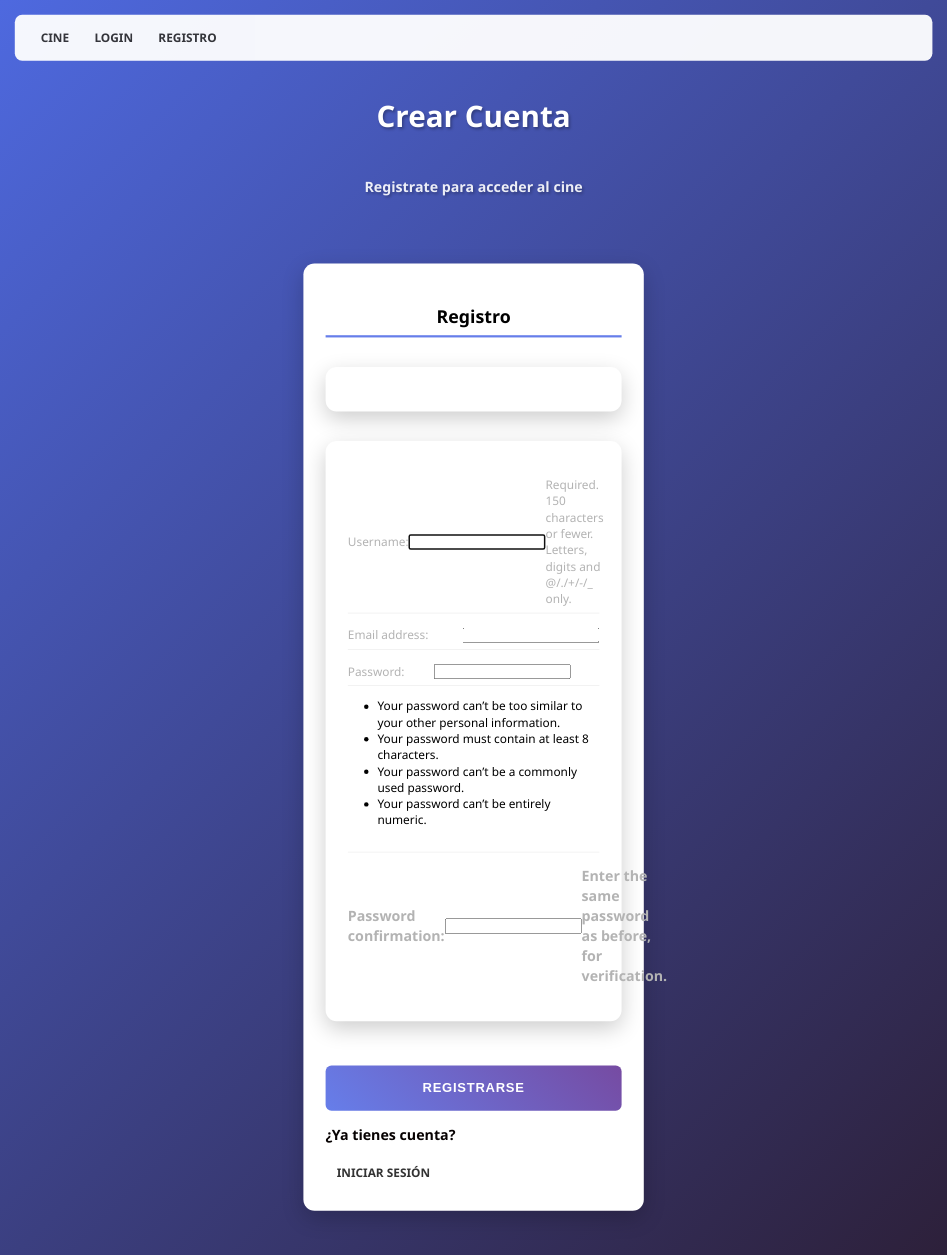
Repository: RoyScc/Practico-Django
Page: http://localhost/register/
An editor plug-in stored every save of this project. The page is shown before and after the next save, followed by the edit.
The browser window is 1280 px wide. The pictures show the whole page, at 74% of full size.
The page is served by the project's application, run on Django 5.2 (manage.py). Other server files are loaded and not shown.

Above is the page before, as saved 2026-05-27 09:04:06.

### tickets/templates/tickets/register.html
{% extends 'tickets/base.html' %}

{% block title %} Registro {% endblock %}

{% block body %}

<h1>Crear Cuenta</h1>
<h4>Registrate para acceder al cine</h4>

<div class="login-container">

    <h3 class="h3">Registro</h3>

    <form method="POST">
        <div class="login-container">
            {% csrf_token %}
        </div>
        <div class="login-container">
            {{ form.as_p }}
        </div>

        <button type="submit">
            Registrarse
        </button>

    </form>

    <p class="pcartelera">
        ¿Ya tienes cuenta?
    </p>

    <a href="{% url 'login' %}">
        Iniciar sesión
    </a>

</div>

{% endblock %}

### tickets/templates/tickets/base.html
{% load static %}

<!DOCTYPE html>
<html lang="en">
<head>
    <meta charset="UTF-8">
    <meta name="viewport" content="width=device-width, initial-scale=1.0">

    <link rel="stylesheet" href="{% static 'tickets/styles.css' %}">

    <!-- ICONO -->
    <link rel="icon" href="{% static 'tickets/images/cine.png' %}" type="image/png">

    <title>{% block title %} Tickets {% endblock %}</title>
</head>

<body>

    <nav class="navbar2">

        {% if request.resolver_match.url_name == 'cine' %}
            <a href="{% url 'lista_metodos' %}">
                Metodos
            </a>
        {% endif %}

        <a href="{% url 'cine' %}">
            Cine
        </a>

        {% if request.resolver_match.url_name == 'lista_metodos' %}
            <a href="{% url 'crear_metodo_pago' %}">
                Crear método de pago
            </a>
        {% endif %}

        <!-- LOGIN / LOGOUT -->

        {% if user.is_authenticated %}
            <a href="{% url 'logout' %}">
                Cerrar sesión
            </a>

        {% else %}

            <a href="{% url 'login' %}">
                Login
            </a>

            <a href="{% url 'register' %}">
                Registro
            </a>

        {% endif %}

    </nav>

    {% block body %}{% endblock %}

</body>
</html>

### tickets/forms.py
from django import forms

from .models import MetodoPago

from django.contrib.auth.forms import UserCreationForm
from django.contrib.auth.models import User

class RegistroForm(UserCreationForm):
    class Meta:
        model = User
        fields = ['username', 'email', 'password1', 'password2']

class MetodoPagoForm(forms.ModelForm):
    class Meta:
        model = MetodoPago
        fields = ['nombre', 'tipo', 'banco']

### tickets/views.py
from django.shortcuts import render, redirect
from .models import Tickets, MetodoPago
from .forms import MetodoPagoForm
from django.contrib.auth import login, logout
from django.contrib.auth.forms import AuthenticationForm
from django.contrib.auth import authenticate
from .forms import RegistroForm

# Create your views here.

# def index(request):
#     tickets = Tickets.objects.filter(tipo="cine")
#     return render(request, 'tickets/index.html', {'tickets': tickets})

def cine(request):
    tickets = Tickets.objects.filter(tipo__icontains="cine")
    return render(request, 'tickets/cine.html', {'tickets': tickets})

def tickets(request):
    todos_los_tickets = Tickets.objects.all()
    return render(request, 'tickets/todos_los_tickets.html', {'tickets': todos_los_tickets})

def crear_metodo_pago(request):
    if request.method == 'POST':
        form = MetodoPagoForm(request.POST)
        if form.is_valid():
            form.save()
            return redirect('lista_metodos')
    else:
        form = MetodoPagoForm()
    return render(request, 'tickets/crear_metodo_pago.html', {'form': form})

from django.shortcuts import get_object_or_404

def lista_metodos_pago(request):
    metodos = MetodoPago.objects.all()
    return render(request, 'tickets/lista_metodos.html', {'metodos': metodos})

def editar_metodo(request, id):
    metodo = get_object_or_404(MetodoPago, id=id)
    if request.method == 'POST':
        form = MetodoPagoForm(request.POST, instance=metodo)
        if form.is_valid():
            form.save()
            return redirect('lista_metodos')
    else:
        form = MetodoPagoForm(instance=metodo)
    return render(request, 'tickets/crear_metodo_pago.html', {'form': form})

def borrar_metodo(request, id):
    metodo = get_object_or_404(MetodoPago, id=id)
    if request.method == 'POST':
        metodo.delete()
        return redirect('lista_metodos')
    return render(request, 'tickets/borrar_metodo.html', {'metodo': metodo})

#Registro de usuarios
def register_view(request):
    if request.method == 'POST':
        form = RegistroForm(request.POST)

        if form.is_valid():
            user = form.save()
            login(request, user)
            return redirect('index')

    else:
        form = RegistroForm()

    return render(request, 'tickets/register.html', {
        'form': form
    })


#Login de usuarios
def login_view(request):

    if request.method == 'POST':
        form = AuthenticationForm(data=request.POST)

        if form.is_valid():
            user = form.get_user()
            login(request, user)
            return redirect('index')

    else:
        form = AuthenticationForm()

    return render(request, 'tickets/login.html', {
        'form': form
    })


# LOGOUT
def logout_view(request):
    logout(request)
    return redirect('login')

### TicketERA/urls.py
"""
URL configuration for TicketERA project.

The `urlpatterns` list routes URLs to views. For more information please see:
    https://docs.djangoproject.com/en/6.0/topics/http/urls/
Examples:
Function views
    1. Add an import:  from my_app import views
    2. Add a URL to urlpatterns:  path('', views.home, name='home')
Class-based views
    1. Add an import:  from other_app.views import Home
    2. Add a URL to urlpatterns:  path('', Home.as_view(), name='home')
Including another URLconf
    1. Import the include() function: from django.urls import include, path
    2. Add a URL to urlpatterns:  path('blog/', include('blog.urls'))
"""
from django.contrib import admin
from django.urls import path, include

urlpatterns = [
    path('admin/', admin.site.urls),
    path('', include("tickets.urls"))
]

### tickets/urls.py
from django.urls import path, include

from . import views

urlpatterns = [
    #path('', views.index, name="index"),
    path('cine/', views.cine, name="cine"),
    path('tickets/', views.tickets, name="tickets"),
    path('metodos/', views.lista_metodos_pago, name="lista_metodos"),
    path('metodos/crear', views.crear_metodo_pago, name="crear_metodo_pago"),
    path('metodos/editar/<int:id>/', views.editar_metodo, name="editar_metodo"),
    path('metodos/borrar/<int:id>/', views.borrar_metodo, name="borrar_metodo"),
    path('login/', views.login_view, name='login'),
    path('register/', views.register_view, name='register'),
    path('logout/', views.logout_view, name='logout'),
]

### tickets/static/tickets/styles.css
/* Estilos generales para la página */
body {
    font-family: 'Segoe UI', Tahoma, sans-serif;
    background: linear-gradient(135deg, #4e69df 0%, #2d203a 100%);
    min-height: 100vh;
    margin: 0;
    padding: 20px;
    gap: 20px;
    display: flex;
    flex-direction: column;
    box-sizing: border-box;
    flex: 1;
}

nav{
    justify-content: space-around;
    background: white;
    opacity: 0.95;
    margin: 0;
    padding: 10px 20px;
    border-radius: 10px;

}

.navbar {
    display: flex;
    justify-content: flex-end;
    align-items: center;
}

a {
    display: inline-block;
    color: #333;
    text-decoration: none;
    font-weight: bold;
    padding: 10px 15px;
    border-radius: 5px;
    transition: background 0.3s ease;
    text-transform: uppercase;
    /*background: #686666;*/
}

a:hover {
    background: #667eea;
    color: white;
}


h1, h4 {
    color: white;
    text-align: center;
    margin-bottom: 30px;
    text-shadow: 2px 2px 4px rgba(0,0,0,0.3);
}

h1 {
    font-size: 2.5rem;
    margin-bottom: 10px;
}

h4 {
    font-size: 1.2rem;
    opacity: 0.9;
}

.cartelera {
    display: flex;
    flex-wrap: wrap;
    justify-content: center;
    gap: 40px;
    padding: 30px;
}
.ticket-item {
    background: white;
    border-radius: 15px;
    padding: 20px;

    display: flex;
    flex-direction: column;
    justify-content: space-between;

    width: 320px;
    min-height: 500px;

    box-shadow: 0 10px 30px rgba(0,0,0,0.2);

    transition: transform 0.3s ease;
}

.ticket-item2 {
    background: white;
    border-radius: 15px;
    padding: 20px;

    display: flex;
    flex-direction: column;
    justify-content: space-between;

    width: 320px;

    box-shadow: 0 10px 30px rgba(0,0,0,0.2);

    transition: transform 0.3s ease;
}

.ticket-item:hover {
    transform: translateY(-5px);
}

.ticket-item a {
    display: inline-block;
    margin-top: 10px;
}

.form {
    display: block;
    margin-top: 0em;
    unicode-bidi: isolate;
}

/* Tablet
@media (max-width: 768px) {
    .cartelera {
        gap: 15px;
        padding: 15px;
    }
}*/

/* Mobile
@media (max-width: 480px) {
    .cartelera {
        gap: 10px;
        padding: 10px;
    }

    .ticket-item {
        width: 100%;
        max-width: 300px;
    }
}*/

h3 {
    color: #fdfdfd;
    font-size: 1.5rem;
    margin-bottom: 20px;
    text-align: center;
    border-bottom: 3px solid #667eea;
    padding-bottom: 10px;
}

.h3 {
    color: #000000;
    font-size: 1.5rem;
    margin-bottom: 20px;
    text-align: center;
    border-bottom: 3px solid #667eea;
    padding-bottom: 10px;
}

p {
    color: #b3b3b3;
    font-size: 1rem;
    margin: 10px 0;
    padding: 8px 0;
    border-bottom: 1px solid #eee;
    display: flex;
    justify-content: space-between;
    align-items: center;
}

p:last-of-type {
    border-bottom: none;
    font-weight: bold;

    font-size: 1.2rem;
}

.pcartelera {
    color: #070202;
    font-size: 1rem;
    margin: 10px 0;
    padding: 8px 0;
    border-bottom: 1px solid #eee;
    display: flex;
    justify-content: space-between;
    align-items: center;
}

button {
    width: 100%;
    background: linear-gradient(45deg, #667eea, #764ba2);
    color: white;
    border: none;
    padding: 20px 20px;
    font-size: 1.1rem;
    font-weight: bold;
    border-radius: 8px;
    cursor: pointer;
    margin-top: 20px;
    transition: all 0.3s ease;
    text-transform: uppercase;
    letter-spacing: 1px;
}

button:hover {
    background: linear-gradient(45deg, #5a6fd8, #6a4190);
    transform: scale(1.05);
    box-shadow: 0 5px 15px rgba(102, 126, 234, 0.4);
}

.button {
    width: 100%;
    background: linear-gradient(45deg, #667eea, #764ba2);
    color: white;
    border: none;
    padding: 20px 5px;
    font-size: 1.1rem;
    font-weight: bold;
    border-radius: 8px;
    text-align: center;
    cursor: pointer;
    margin-top: 10px;
    transition: all 0.3s ease;
    text-transform: uppercase;
    letter-spacing: 1px;
}

.button:hover {
    background: linear-gradient(45deg, #5a6fd8, #6a4190);
    transform: scale(1.05);
    box-shadow: 0 5px 15px rgba(102, 126, 234, 0.4);
}


.ticket {
    margin-bottom: 20px;
    padding: 20px;
    border-radius: 10px;
    box-shadow: 0 5px 15px rgba(0,0,0,0.1);
    space
}

button:active {
    transform: scale(0.98);
}

.fecha-icon::before {
content: '📅 ';
margin-right: 8px;
font-weight: bold;
}

.ubicacion-icon::before {
    content: '📍';
    margin-right: 8px;
    font-weight: bold;
}

.precio-icon::before {
    content: '💵 ';
    margin-right: 8px;
    font-weight: bold;
}

/* Estilos para la sección de Login y Register */
.login-container {
    max-width: 400px;
    margin: 40px auto;
    background: white;
    padding: 30px;
    border-radius: 15px;
    box-shadow: 0 10px 30px rgba(0,0,0,0.2);
}
.login-container h2 {
    text-align: center;
    margin-top: 0px;
    margin-bottom: 0px;
    color: #333;
}

/*
.carousel {
    display: flex;
    gap: 20px;
    overflow-x: auto;
    padding: 20px;
    scroll-behavior: smooth;
}

.carousel::-webkit-scrollbar {
    height: 10px;
}

.carousel::-webkit-scrollbar-thumb {
    background: #667eea;
    border-radius: 10px;
}

.ticket-item {
    min-width: 250px;
    background: white;
    border-radius: 15px;
    padding: 15px;
    flex-shrink: 0;
    box-shadow: 0 4px 10px rgba(0,0,0,0.1);
    text-align: center;
}

.ticket-img {
    width: 100%;
    height: 300px;
    object-fit: cover;
    border-radius: 10px;
}

.ticket-empty {
    text-align: center;
    padding: 50px;
}*/

After the next save:
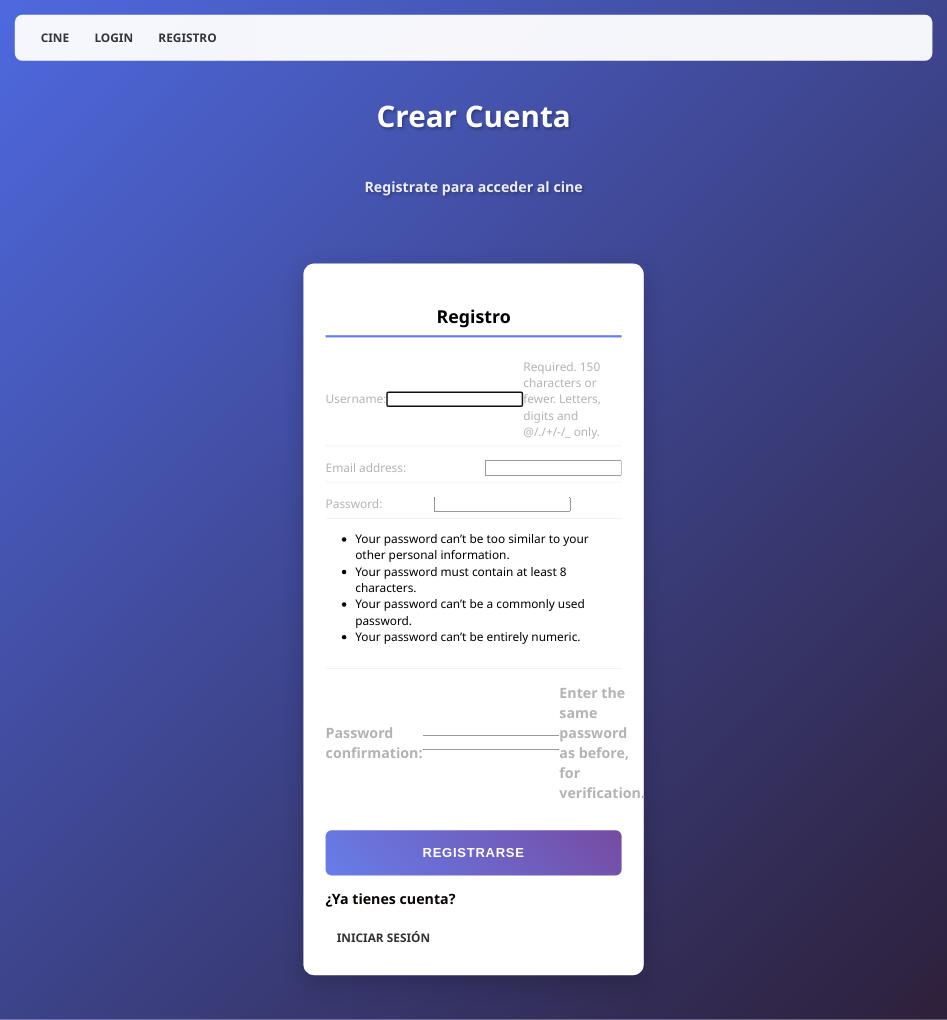
Saved 17 s later.
--- a/tickets/templates/tickets/register.html
+++ b/tickets/templates/tickets/register.html
@@ -12,10 +12,10 @@
     <h3 class="h3">Registro</h3>
 
     <form method="POST">
-        <div class="login-container">
+        <div>
             {% csrf_token %}
         </div>
-        <div class="login-container">
+        <div>
             {{ form.as_p }}
         </div>
 
